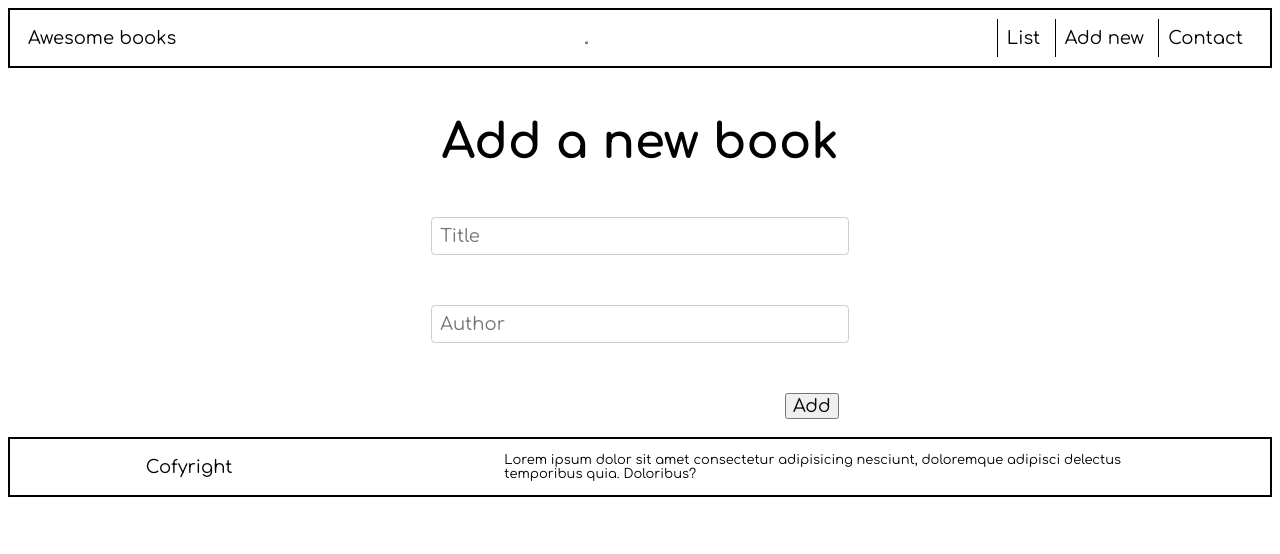
Repository: Salimer/Awesome-books
Page: index.html
The author's editor kept a copy of each file at every save. The page is drawn from the files as they stood at one save, then again after the next save.
The browser window is 1280 px wide. The pictures show the whole page.
The style sheet was rebuilt from its Sass, Less or Tailwind sources for each picture, by a compiler version that may differ from the author's.

Above is the page before, as saved 2023-04-26 11:56:00.

### index.html
<!DOCTYPE html>
<html lang="en">
<head>
    <meta charset="UTF-8">
    <meta http-equiv="X-UA-Compatible" content="IE=edge">
    <meta name="viewport" content="width=device-width, initial-scale=1.0">
    <link rel="stylesheet" href="style.css">
    <link rel="preconnect" href="https://fonts.gstatic.com" crossorigin>
    <link href="https://fonts.googleapis.com/css2?family=Anton&family=Caveat:wght@400;500;600;700&family=Comfortaa:wght@300;400;500;600;700&family=Lato:wght@100;300;400;700;900&display=swap" rel="stylesheet">
    <title>Document</title>
</head>
<body>
    <header id="header">
        <a href="#">Awesome books</a>
        <div class="hamburger"><img src="Assets/nav.svg" alt="navigation"></div>
        <div class="dropdown-nav-menu">
            <a id="list-nav" class="nav-item" href="#">List</a>
            <a id="add-new-nav" class="nav-item" href="#">Add new</a>
            <a id="contact-nav" class="nav-item" href="#">Contact</a>
        </div>
    </header>
    <main>
        <section class="view-books hide">
            <h1>All Awesome books</h1>
            <article class="books">

            </article>
        </section>
        <section class="add-book-form">
            <form id="form">
                <article class="new-book">
                    <h1>Add a new book</h3>
                    <div class="input">
                        <input id="new-title" name="title" placeholder="Title"><br><br>
                        <input id="new-author" name="author" placeholder="Author"><br><br>
                    </div>
                    <button id="add-book" type="submit">Add</button>
                </article>
            </form>
        </section>
        <section class="new-contact-info hide">
            <div id="time">March 19th 2021, 9:25:32 am</div>
            <h1>Contact information</h1>
            <p class="contact-text">Do have any questions or you just want to say "Hello"?<br>You can reach out to us!</p>
            <ul class="contact-details">
                <li>Our e-mail: mail@mail.com</li>
                <li>Our phone number: 0043586534422</li>
                <li>Our address: Streetname 22, 84503 City, Country</li>
            </ul>
        </section>
    </main>
    <footer id="footer">
        <p>Cofyright</p>
        <p>Lorem ipsum dolor sit amet consectetur adipisicing  nesciunt, doloremque adipisci delectus temporibus quia. Doloribus?</p>
    </footer>

    <script src="script.js"></script>
</body>
</html>

### script.js
// Define page navigation
const listNav = document.querySelector('#list-nav');
const addNewNav = document.querySelector('#add-new-nav');
const contactNav = document.querySelector('#contact-nav');

// Define page sections
const viewBooksSection = document.querySelector('.view-books');
const addBookFormSection = document.querySelector('.add-book-form');
const newContactSection = document.querySelector('.new-contact-info');

/* Add event listeners */
// List event listener
listNav.addEventListener('click', () => {
  viewBooksSection.classList.remove('hide');
  addBookFormSection.classList.add('hide');
  newContactSection.classList.add('hide')
});

// New book event listener
addNewNav.addEventListener('click', () => {
  viewBooksSection.classList.add('hide');
  addBookFormSection.classList.remove('hide');
  newContactSection.classList.add('hide')
});

// Contact section event listener
contactNav.addEventListener('click', () => {
  viewBooksSection.classList.add('hide');
  addBookFormSection.classList.add('hide');
  newContactSection.classList.remove('hide')
});

/* eslint-disable max-classes-per-file */
class Book {
  constructor(title, author) {
    this.id = Date.now().toString(); // Generate unique ID based on timestamp
    this.title = title;
    this.author = author;
  }
}
/* eslint-disable max-classes-per-file */

class BooksCollection {
  constructor() {
    this.books = [];
  }

  addBook(title, author) {
    if (title === '' || author === '') {
      // eslint-disable-next-line no-alert
      alert('Please fill both fields');
    } else {
      const newBook = new Book(title, author);
      this.books.push(newBook);
    }
  }

  removeBook(id) {
    this.books = this.books.filter((book) => book.id !== id);
  }

  viewBooks() {
    // Remove all existing book elements from the container
    const container = document.querySelector('.books');
    while (container.firstChild) {
      container.removeChild(container.firstChild);
    }

    // Update books
    this.books.forEach((book) => {
      // Create the container div
      const bookInfo = document.createElement('div');
      bookInfo.className = 'book-info';
      bookInfo.innerHTML = `<p><span class="book-title">"${book.title}"</span> by <span class="book-author"> ${book.author}</span></p>`;

      // Create and append the button
      const button = document.createElement('button');
      button.className = 'remove-book';
      button.type = 'button';
      button.textContent = 'Remove';
      button.dataset.id = book.id; // Set the book ID as a data attribute
      bookInfo.appendChild(button);

      // Add event listener to remove button
      button.addEventListener('click', (event) => {
        const { id } = event.target.dataset;
        this.removeBook(id);
        this.viewBooks();
      });

      // Append the container div to the html
      container.appendChild(bookInfo);
    });

    // Update local storage
    this.saveBooks();
  }

  saveBooks() {
    localStorage.setItem('books', JSON.stringify(this.books));
  }

  loadBooks() {
    this.books = JSON.parse(localStorage.getItem('books')) || [];
  }

  init() {
    this.loadBooks();
    this.viewBooks();

    // Adding new book
    const addBookBtn = document.querySelector('#add-book');
    addBookBtn.addEventListener('click', () => {
      const form = document.getElementById('form');
      const title = document.querySelector('#new-title').value;
      const author = document.querySelector('#new-author').value;
      this.addBook(title, author);
      this.viewBooks();
      form.reset();
    });
  }
}

const booksCollection = new BooksCollection();
booksCollection.init();

### style.scss
* {
  font-family: 'Comfortaa', sans-serif;
  font-size: large;
}

h1 {
  align-self: center;
  font-weight: 700;
  font-size: xxx-large;
}

.hide {
  display: none !important;
}

#header {
  display: flex;
  justify-content: space-between;
  border: 2px solid black;
  padding: 1rem 1rem;

  a {
    text-decoration: none;
    color: black;
  }

  img {
    width: 3px;
  }

  .nav-item {
    padding: 0.5rem;
    border-left: 1px solid black;
  }
}

.view-books {
  display: flex;
  flex-direction: column;

  article {
    border: 2px solid black;
  }

  .book-info {
    display: flex;
    justify-content: space-between;
    padding: 0 1rem;

    &:nth-child(odd) {
      background-color: #ddd;
    }

    p {
      font-weight: 900;
    }

    button {
      margin: 8px 0;
      box-shadow: 6px 5px 5px 3px black;
      cursor: pointer;
    }
  }
}

#form {
  display: flex;
  flex-direction: column;
  align-items: center;

  .new-book {
    display: flex;
    flex-direction: column;
    align-items: center;

    .input {
      display: flex;
      flex-direction: column;
      align-items: center;

      input {
        padding: 8px;
        margin-bottom: 10px;
        border: 1px solid #ccc;
        border-radius: 4px;
        width: 170%;

        &:last-child {
          margin-bottom: 20px;
        }
      }
    }

    button {
      margin-left: auto;
    }
  }
}

.new-contact-info {
  display: flex;
  flex-direction: column;
  align-items: center;
  line-height: 1.6rem;

  #time {
    padding: 1rem;
    align-self: flex-end;
  }

  .contact-text {
    padding: 1rem 0;
  }
}

#footer {
  display: flex;
  justify-content: space-around;
  align-items: center;
  border: 2px solid black;
  margin-top: 1rem;

  p + p {
    font-size: small;
    width: 50%;
  }
}

After the next save:
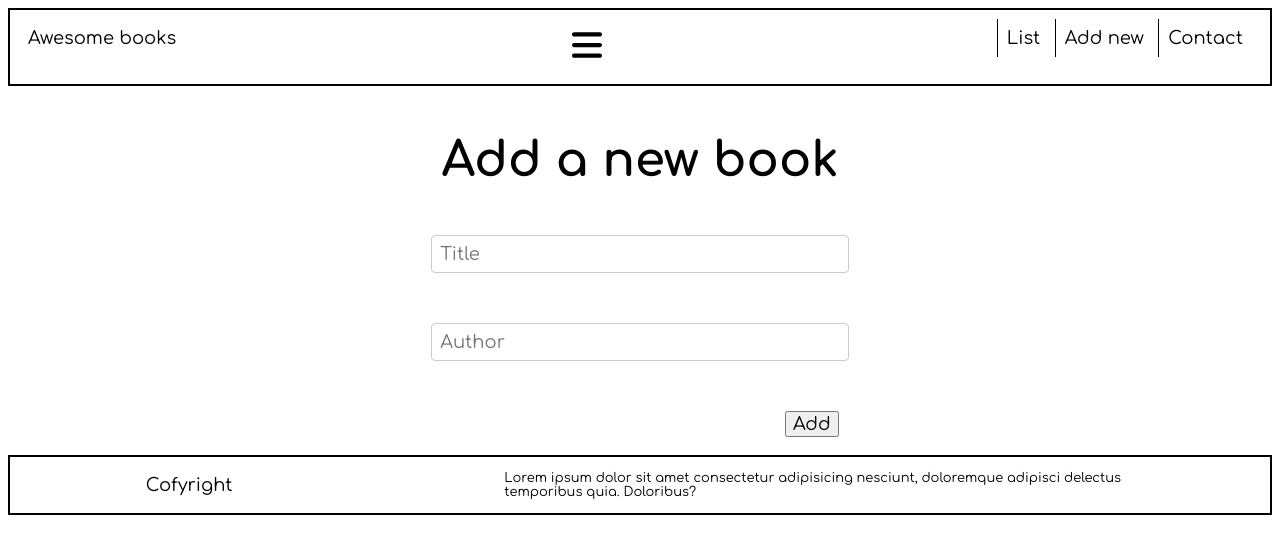
Saved 4 s later.
--- a/style.scss
+++ b/style.scss
@@ -25,7 +25,7 @@ h1 {
   }
 
   img {
-    width: 3px;
+    width: 30px;
   }
 
   .nav-item {
